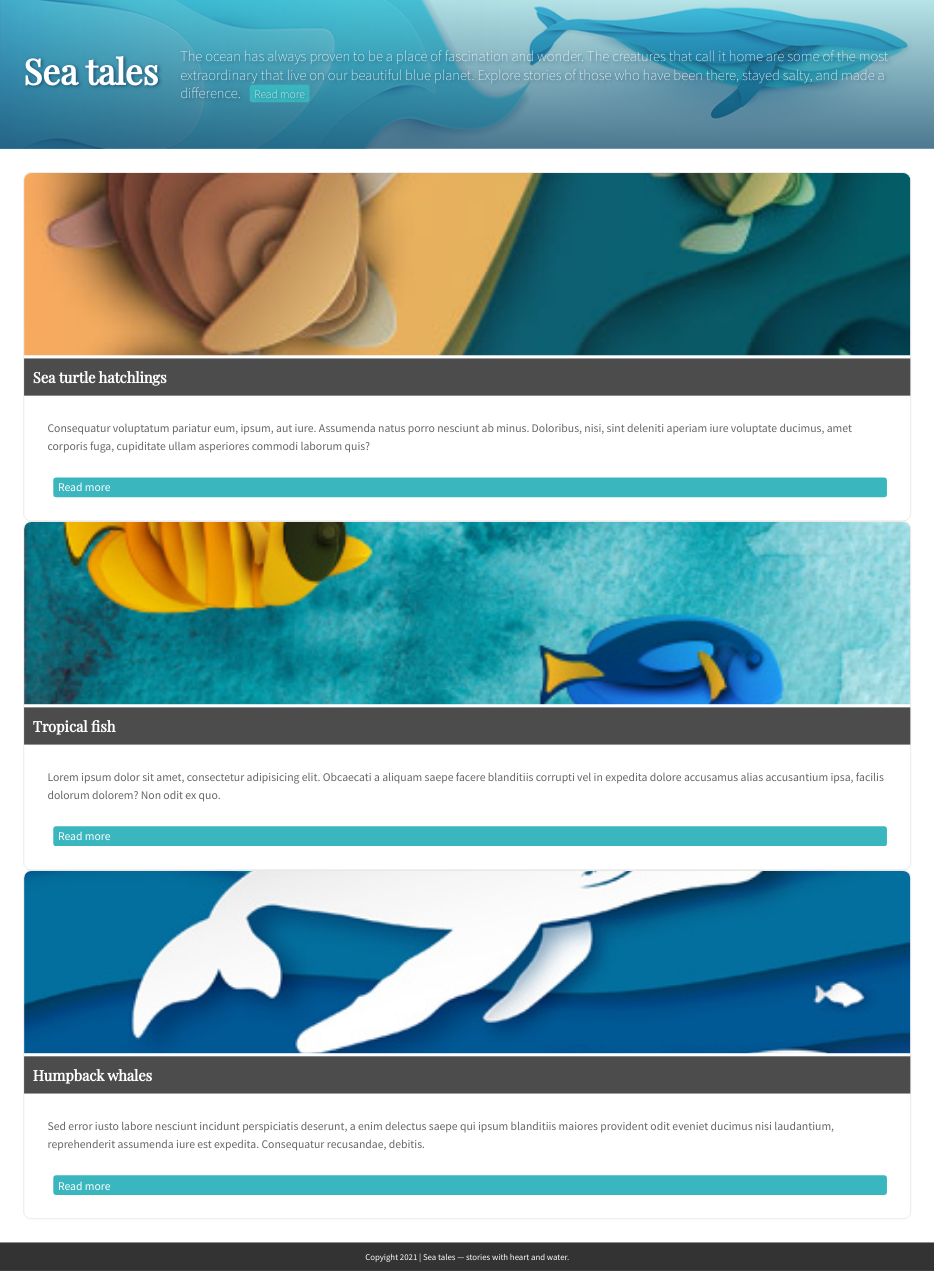
Repository: mariocapitbrok/css-combining-grid-and-flexbox-0305
Page: index.html
These files come from the project's save history. The page is drawn as it stood at one moment and after the next save; the edit follows.
The browser window is 1280 px wide. The pictures show the whole page, at 73% of full size.

Above is the page before, as saved 2022-10-08 06:17:52.

After the next save:
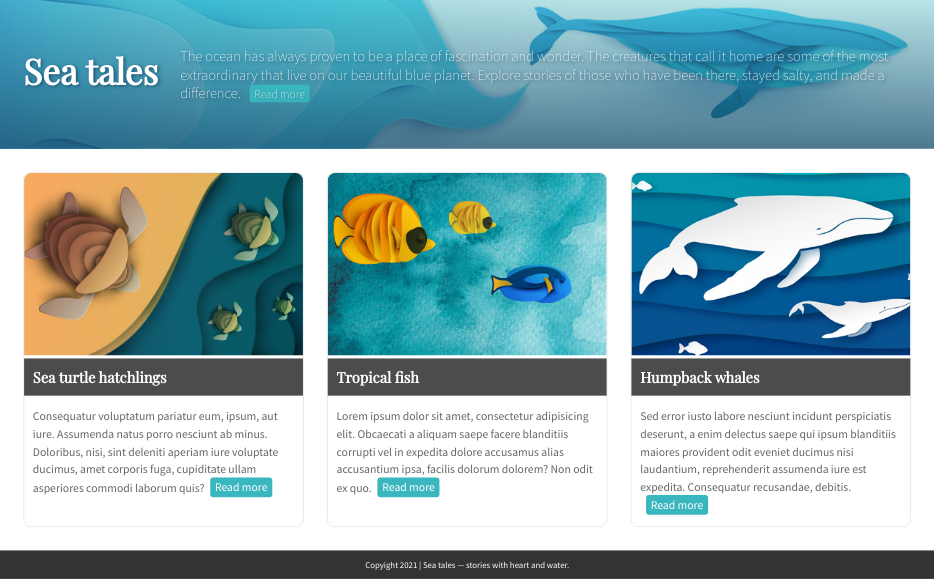
Saved 11 min 16 s later.
--- a/styles/base.css
+++ b/styles/base.css
@@ -57,6 +57,9 @@ main.wrapper {
 /* STORIES */
 .stories {
     padding: 2rem;
+    display: grid;
+    grid-template-columns: auto;
+    grid-gap: 2rem
 }
 
 .stories article {
@@ -92,10 +95,7 @@ main.wrapper {
    line-height: 1.5;
    padding: 1rem .75rem;
    color: #666666;
-   padding: 2rem;
-   display: grid;
-   grid-template-columns: auto;
-   grid-gap: 2rem
+
 }
 
 /* FOOTER */
